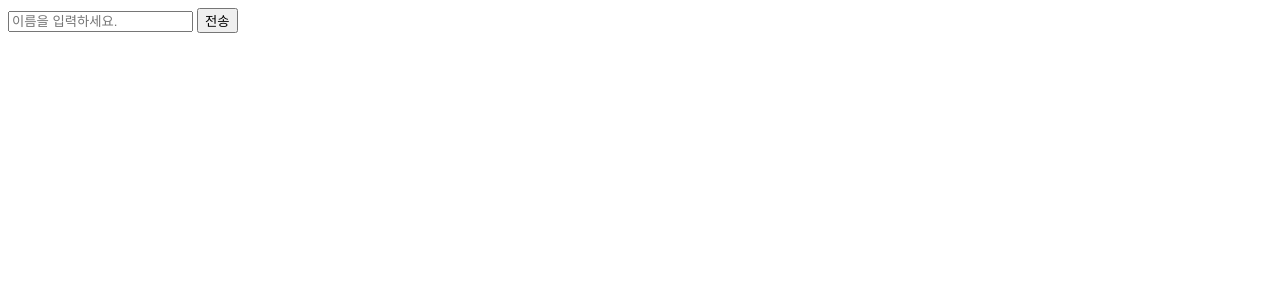
Repository: mingzzang666/study-jsp
Page: http://localhost/a-intro/ex01
The author's editor kept a copy of each file at every save. The page is drawn from the files as they stood at one save, then again after the next save.
The browser window is 1280 px wide. The pictures show the whole page.
The page is served by Tomcat 10.

Above is the page before, as saved 2025-07-28 02:24:15.

After the next save:
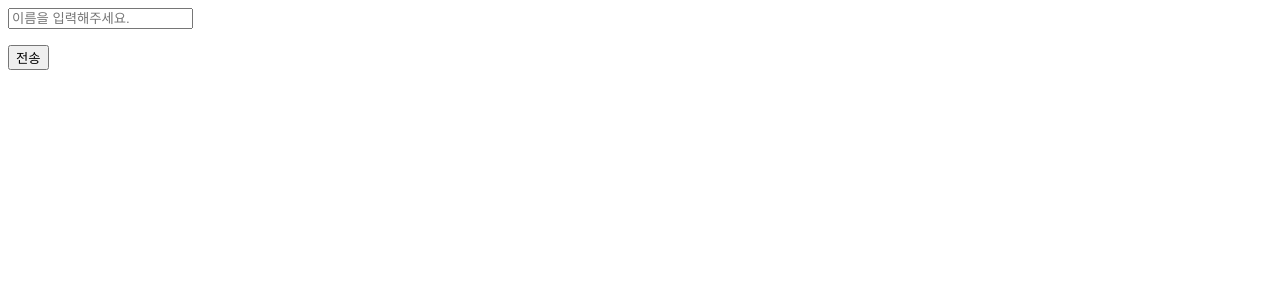
Saved 18 s later.
--- a/workspace/a-intro/src/main/webapp/ex01.jsp
+++ b/workspace/a-intro/src/main/webapp/ex01.jsp
@@ -5,11 +5,32 @@
 <head>
 <meta charset="UTF-8">
 <title>Ex01</title>
+<style>
+   #name-message {
+      color:black;
+   }
+   #name-message.active {
+      color: red;
+   }
+</style>
 </head>
 <body>
-		<form action="ex01" method="post">
-			<input type="text" name="username" placeholder="이름을 입력하세요.">
-			<button>전송</button>
-		</form>
+   <form action="ex01" method="post" name="nameForm">
+      <input type="text" name="memberName" placeholder="이름을 입력해주세요.">
+      <p id="name-message"></p>
+      <input type="button" value="전송">
+   </form>
 </body>
+<script>
+   const input = nameForm.memberName;
+   const button = document.querySelector("input[type=button]");
+   const p = document.getElementById("name-message");
+
+   button.addEventListener("click", (e) => {
+      p.classList.toggle("active", !input.value);
+      p.innerText = input.value ? "" : "아이디를 입력해주세요.";
+      input.value && nameForm.submit();
+   })
+
+</script>
 </html>
